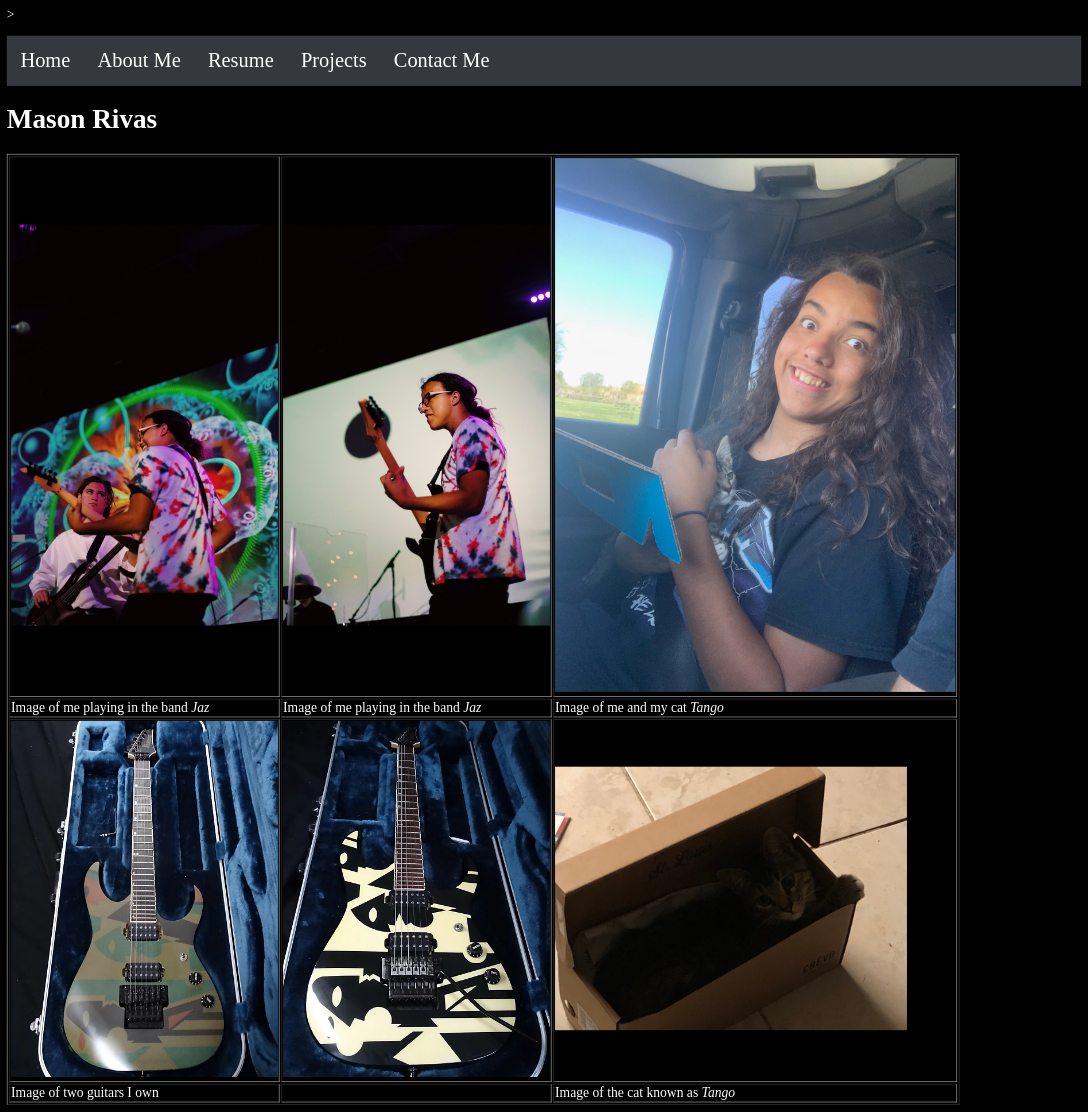
Repository: MasonSingleterry/MasonSingleterry.github.io
Page: index.html
The author's editor kept a record of every edit. The page is drawn from the files as they stood at one moment, then again after the next edit.
The browser window is 1280 px wide. The pictures show the whole page, at 85% of full size.

Above is the page before.

### index.html
<!DOCTYPE html>
<html>
    <head>
        <title>Home</title>
        <style>
            .body {
                background-color: #000000;
                color: #FFFFFF;
            }

            .navbar {
                list-style: none;
                background-color: #35383d;
                overflow: hidden;
                padding: 0;
            }

            .navbar a, .dropdown div {
                text-decoration: none;
                color: #ffffff;
                font-size: 24px;
                padding: 16px;
                display: inline-block;
            }

            .navbar li {
                float: left;
            }

            .navbar li:hover {
                background-color: #7FFF00;
            }

            .dropdown-content {
                list-style: none;
                padding: 0;
                display: none;
                position: absolute;
                Z-index: 1;
            }
            .dropdown-content li {
                background-color: #35383d;
                float: none;
            }

            .dropdown:hover .dropdown-content {
                display: block;
            }
        </style>>
    </head>
    <body class = "body">
        <ul class = "navbar">
            <li class = "active"><a href = "index.html">Home</a></li>
            <li><a href = "aboutme.html">About Me</a></li>
            <li><a href = "resume.html">Resume</a></li>
            <li class = "dropdown">
                <div>Projects</div>
                <ul class = "dropdown-content">
                    <li><a href = "textadventure.html">Text Adventure</a></li>
                    <li><a href = "project2.html">Python Project</a></li>
                    <li><a href = "project3.html">project 3</a></li>
                </ul>
            </li>
            <li><a href = "contactme.html">Contact Me</a></li>
        </ul>
        <h1>Mason Rivas</h1>
        <table class = "table-index" border = "1">
            <tr>
                <td><img src = "images/image-1.JPG" width = "314"></td>
                <td><img src = "images/image-2.JPG" width = "314"></td>
                <td><img class = "image-4-fix" src = "images/image-4.JPG" width = "471"></td>
            </tr>
            <tr>
                <td>Image of me playing in the band <i>Jaz</i></td>
                <td>Image of me playing in the band <i>Jaz</i></td>
                <td> Image of me and my cat <i>Tango</i></td>
            </tr>
            <tr>
                <td><img src = "images/image-5.JPG" width = "314"></td>
                <td><img src = "images/image-6.JPG" width = "314"></td>
                <td><img src = "images/image-3.JPG" width = "414"></td>
            </tr>
            <tr>
                <td>Image of two guitars I own</td>
                <td></td>
                <td>Image of the cat known as <i>Tango</i></td>
            </tr>
        </table>
    </body>
</html>

### style.css
            /*RESUME*/
            .body {
                background-color: #000000;
                color: #FFFFFF;
            }

            .navbar {
                list-style: none;
                background-color: #35383d;
                overflow: hidden;
                padding: 0;
            }

            .navbar a, .dropdown div {
                text-decoration: none;
                color: #ffffff;
                font-size: 24px;
                padding: 16px;
                display: inline-block;
            }

            .navbar li {
                float: left;
            }

            .navbar li:hover {
                background-color: #7FFF00;
            }

            .dropdown-content {
                list-style: none;
                padding: 0;
                display: none;
                position: absolute;
                Z-index: 1;
            }
            .dropdown-content li {
                background-color: #35383d;
                float: none;
            }

            .dropdown:hover .dropdown-content {
                display: block;
            }

            .active {
                background-color: blue;
            }
            /*Index*/
            .body {
                background-color: #000000;
                color: #FFFFFF;
            }

            .navbar {
                list-style: none;
                background-color: #35383d;
                overflow: hidden;
                padding: 0;
            }

            .navbar a, .dropdown div {
                text-decoration: none;
                color: #ffffff;
                font-size: 24px;
                padding: 16px;
                display: inline-block;
            }

            .navbar li {
                float: left;
            }

            .navbar li:hover {
                background-color: #7FFF00;
            }

            .dropdown-content {
                list-style: none;
                padding: 0;
                display: none;
                position: absolute;
                Z-index: 1;
            }
            .dropdown-content li {
                background-color: #35383d;
                float: none;
            }

            .dropdown:hover .dropdown-content {
                display: block;
            }

            .active {
                background-color: blue;
            }

After the next edit:
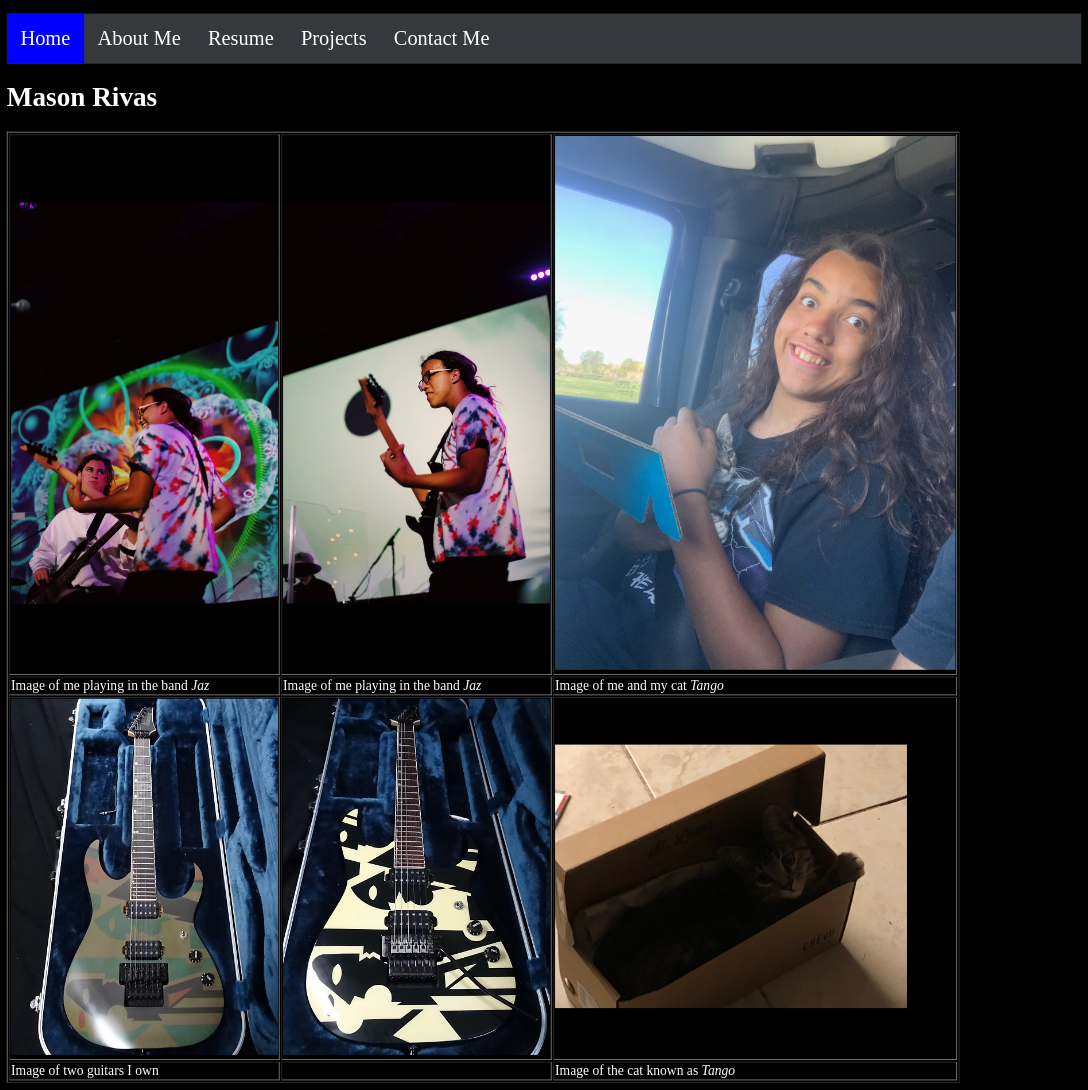
The edit:
--- a/index.html
+++ b/index.html
@@ -2,51 +2,7 @@
 <html>
     <head>
         <title>Home</title>
-        <style>
-            .body {
-                background-color: #000000;
-                color: #FFFFFF;
-            }
-
-            .navbar {
-                list-style: none;
-                background-color: #35383d;
-                overflow: hidden;
-                padding: 0;
-            }
-
-            .navbar a, .dropdown div {
-                text-decoration: none;
-                color: #ffffff;
-                font-size: 24px;
-                padding: 16px;
-                display: inline-block;
-            }
-
-            .navbar li {
-                float: left;
-            }
-
-            .navbar li:hover {
-                background-color: #7FFF00;
-            }
-
-            .dropdown-content {
-                list-style: none;
-                padding: 0;
-                display: none;
-                position: absolute;
-                Z-index: 1;
-            }
-            .dropdown-content li {
-                background-color: #35383d;
-                float: none;
-            }
-
-            .dropdown:hover .dropdown-content {
-                display: block;
-            }
-        </style>>
+        <link rel = "stylesheet" type = "text/css" href = "style.css">
     </head>
     <body class = "body">
         <ul class = "navbar">
